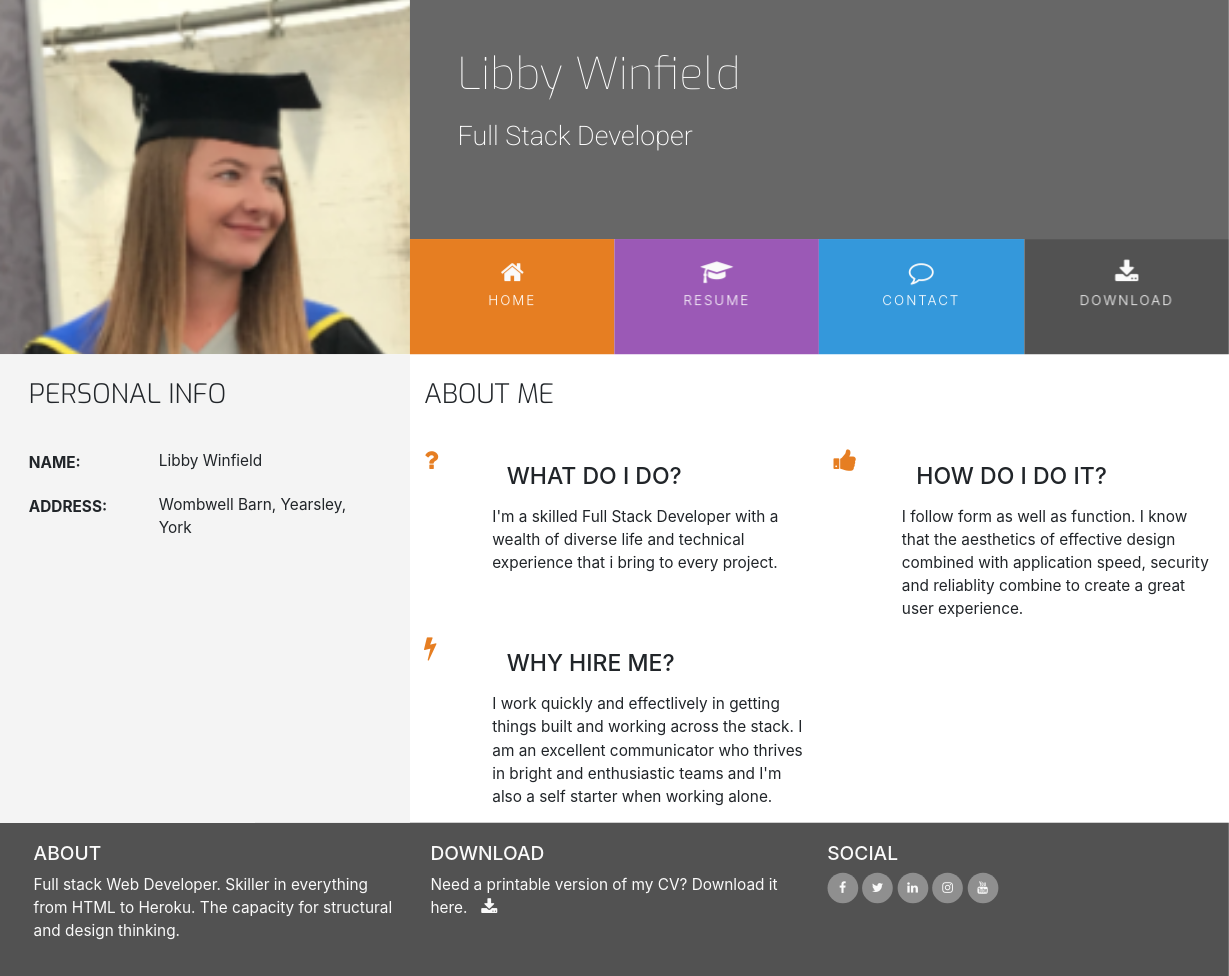
Repository: LibbyWin/CV
Page: index.html
The author's editor kept a record of every edit. The page is drawn from the files as they stood at one moment, then again after the next edit.
The browser window is 1280 px wide. The pictures show the whole page, at 96% of full size.

Above is the page before.

After the next edit:
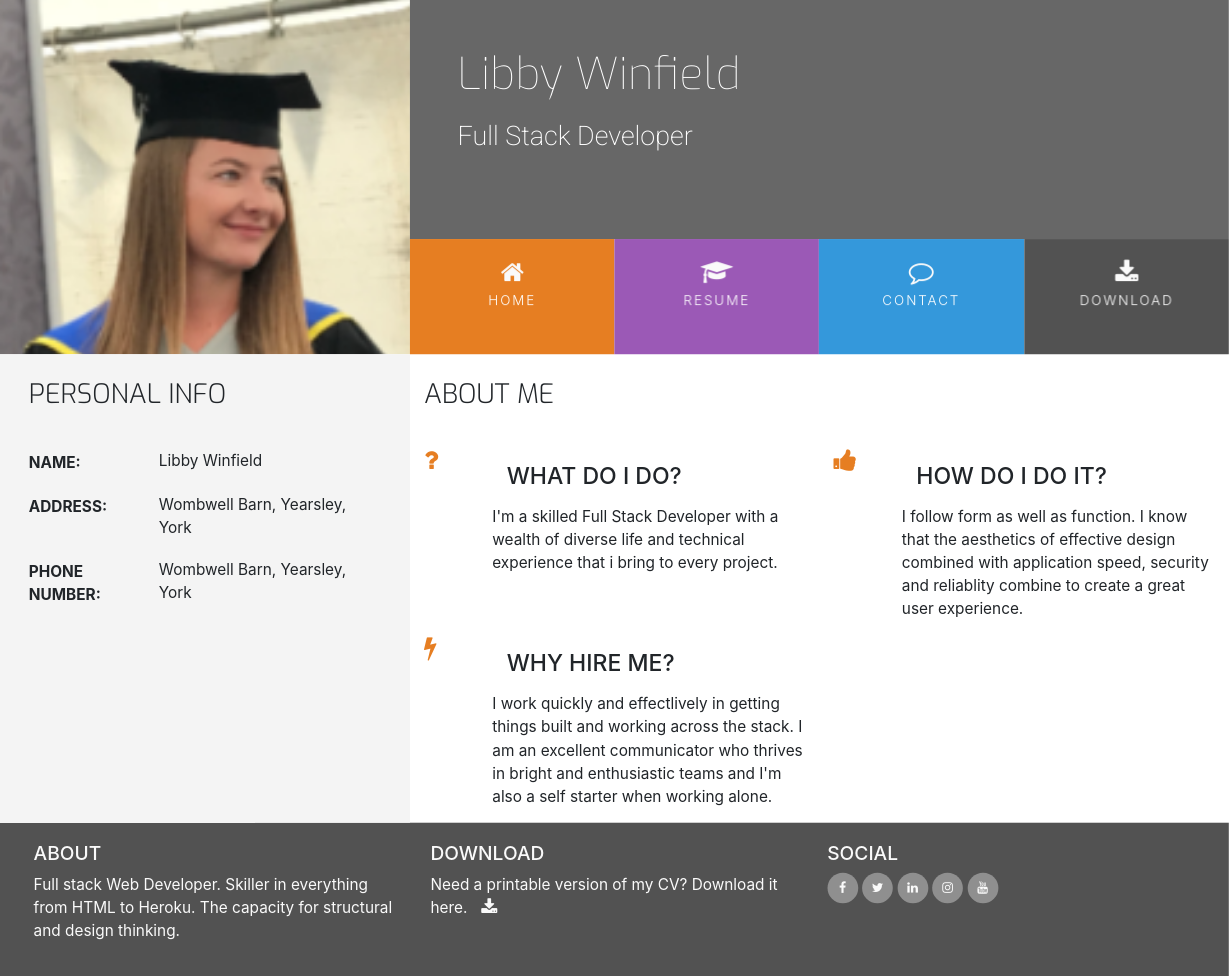
The edit:
--- a/index.html
+++ b/index.html
@@ -85,6 +85,18 @@
                         </p>
                     </div>
                 </div>
+                <div class="personal-info-item">
+                    <div class="key">
+                        <p class="uppercase">
+                            Phone Number:
+                        </p>
+                    </div>
+                    <div class="value">
+                        <p>
+                            Wombwell Barn, Yearsley, York
+                        </p>
+                    </div>
+                </div>
             </div>
             <div class="col-md-8 bg-color-three-reasins">
                 <div class="row">
